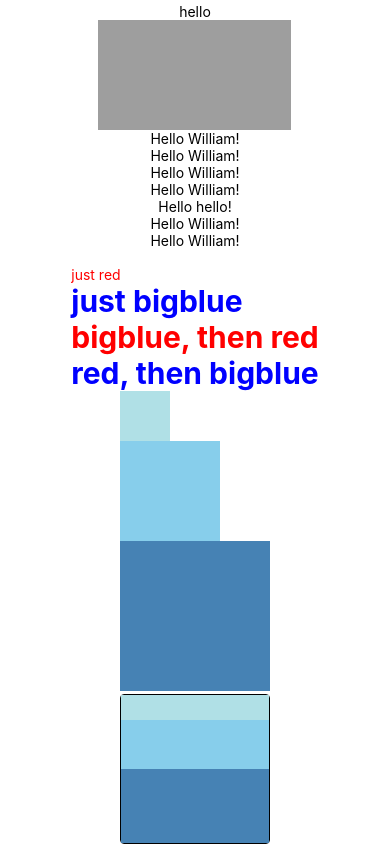
Repository: wcc17/project-adara
Screen: / (app in ProjectAdara/)
The author's editor kept a copy of each file at every save. The screen is drawn from the files as they stood at one save, then again after a run of saves.
Pictures or frames that could not be fetched are drawn as grey boxes. The app was drawn by React Native's web renderer in a window 390 px wide. The project was rebuilt for these pictures with package versions that can differ from the ones it lists, and the page was loaded fresh each time.

Above is the screen before, as saved 2018-05-27 13:06:38.

After the next 2 saves:
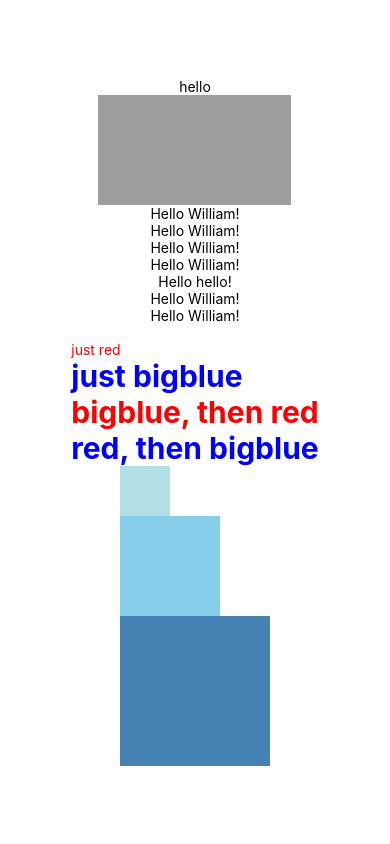
The 2 saves are shown as one change because they came seconds apart.
The last was saved 21 s later.
--- a/ProjectAdara/src/components/FlexDimensionsBasicsComponent.js
+++ b/ProjectAdara/src/components/FlexDimensionsBasicsComponent.js
@@ -4,9 +4,9 @@ import { View } from 'react-native';
 export default class FlexDimensionsBasicsComponent extends Component {
     render() {
         return (
-            // what if you add 'height: 300' instead of 'flex: 1'?
+            //a height and width should be passed in with style prop
             // <View style={{flex: 1}}>
-            <View style={this.props.styleParam}>
+            <View style={this.props.style}>
                 <View style={{flex: 1, backgroundColor: 'powderblue'}} />
                 <View style={{flex: 2, backgroundColor: 'skyblue'}} />
                 <View style={{flex: 3, backgroundColor: 'steelblue'}} />

After the save that followed:
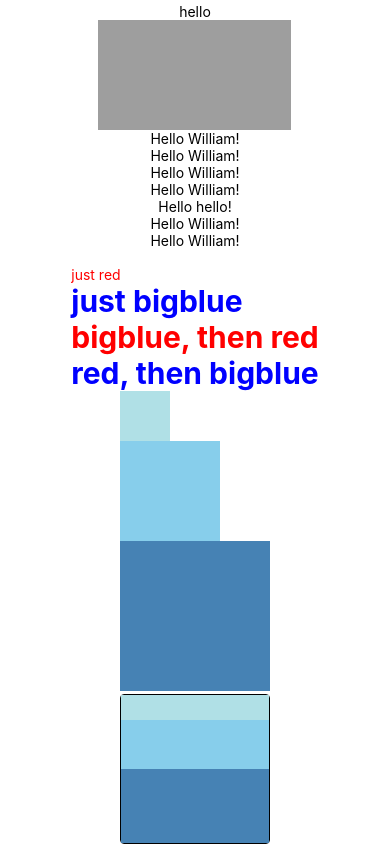
Saved 6 s later.
--- a/ProjectAdara/App.js
+++ b/ProjectAdara/App.js
@@ -8,7 +8,7 @@ export default class App extends React.Component {
             <View style={styles.container}>
                 <BasicStuffComponent/>
                 <FlexDimensionsBasicsComponent
-                    styleParam={flexDimensionStyleSheet.flexDimensionComponentStyle}/>
+                    style={flexDimensionStyleSheet.flexDimensionComponentStyle}/>
             </View>
         );
     }
